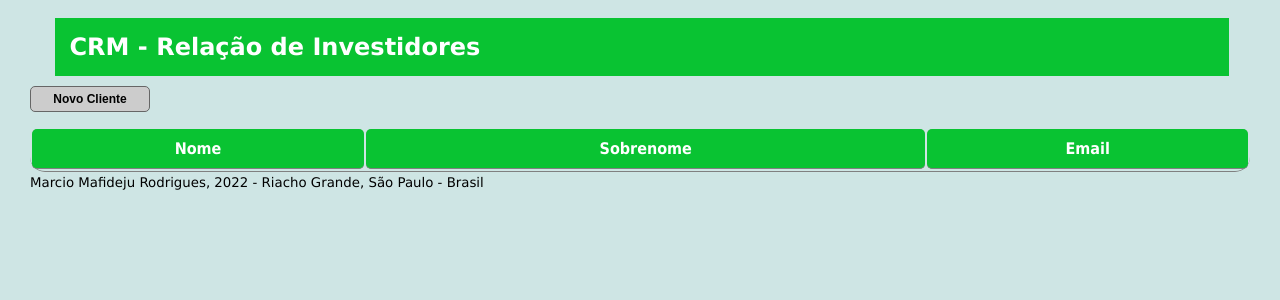
Repository: mafideju/CustomerTracker
Page: http://localhost/web-customer-tracker/WEB-INF/view/list-customers.jsp
The author's editor kept a copy of each file at every save. The page is drawn from the files as they stood at one save, then again after the next save.
The browser window is 1280 px wide. The pictures show the whole page.
The page is served by Tomcat 9. Nobody is signed in. The template is opened directly, without the code that normally fills it, so the values that code supplies are empty.

Above is the page before, as saved 2022-01-26 12:05:49.

After the next save:
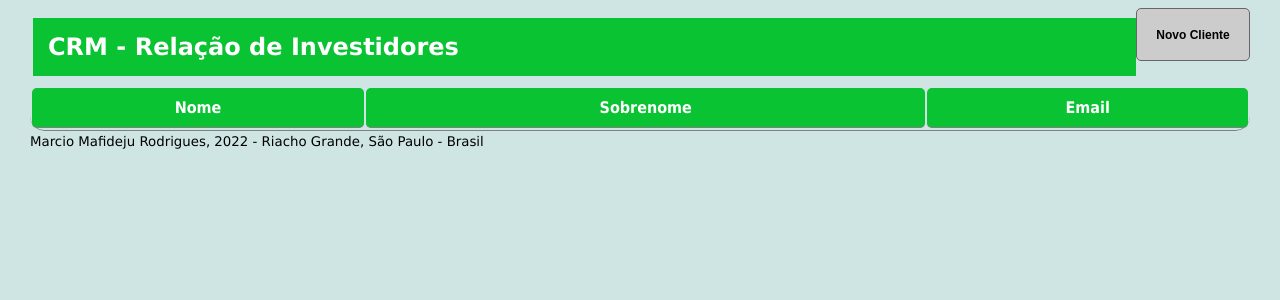
Saved 87 s later.
--- a/web-customer-tracker/WebContent/WEB-INF/view/list-customers.jsp
+++ b/web-customer-tracker/WebContent/WEB-INF/view/list-customers.jsp
@@ -14,12 +14,13 @@
 				<div id="header">
 					<h2>CRM - Relação de Investidores</h2>
 				</div>
+				<input type="button" value="Novo Cliente" onclick="window.location.href='showAddForm'; return false;" class="add-button" />
 			</div>
 
 			<div id="container">
 				<div id="content">
 
-				<input type="button" value="Novo Cliente" onclick="window.location.href='showAddForm'; return false;" class="add-button" />
+
 
 					<table>
 						<tr>
